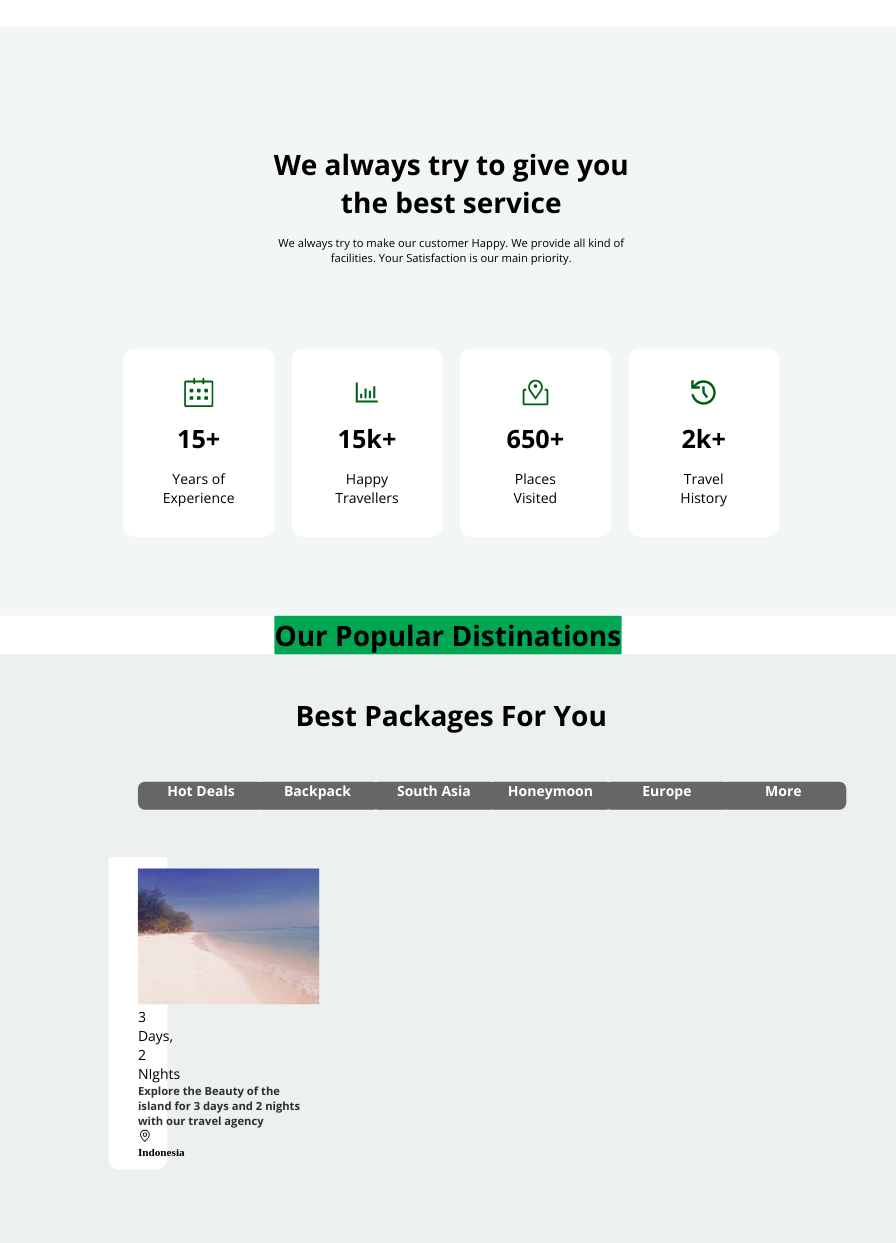
Repository: kubrazamanova/Background-Image
Page: index.html
An editor plug-in stored every save of this project. The page is shown before and after the next save, followed by the edit.
The browser window is 1280 px wide. The pictures show the part of the page from y = 1644 to 3564 px (the page is 3420 px tall before and 3564 px after), at 70% of full size.

Above is the page before, as saved 2023-10-21 10:27:49.

After the next save:
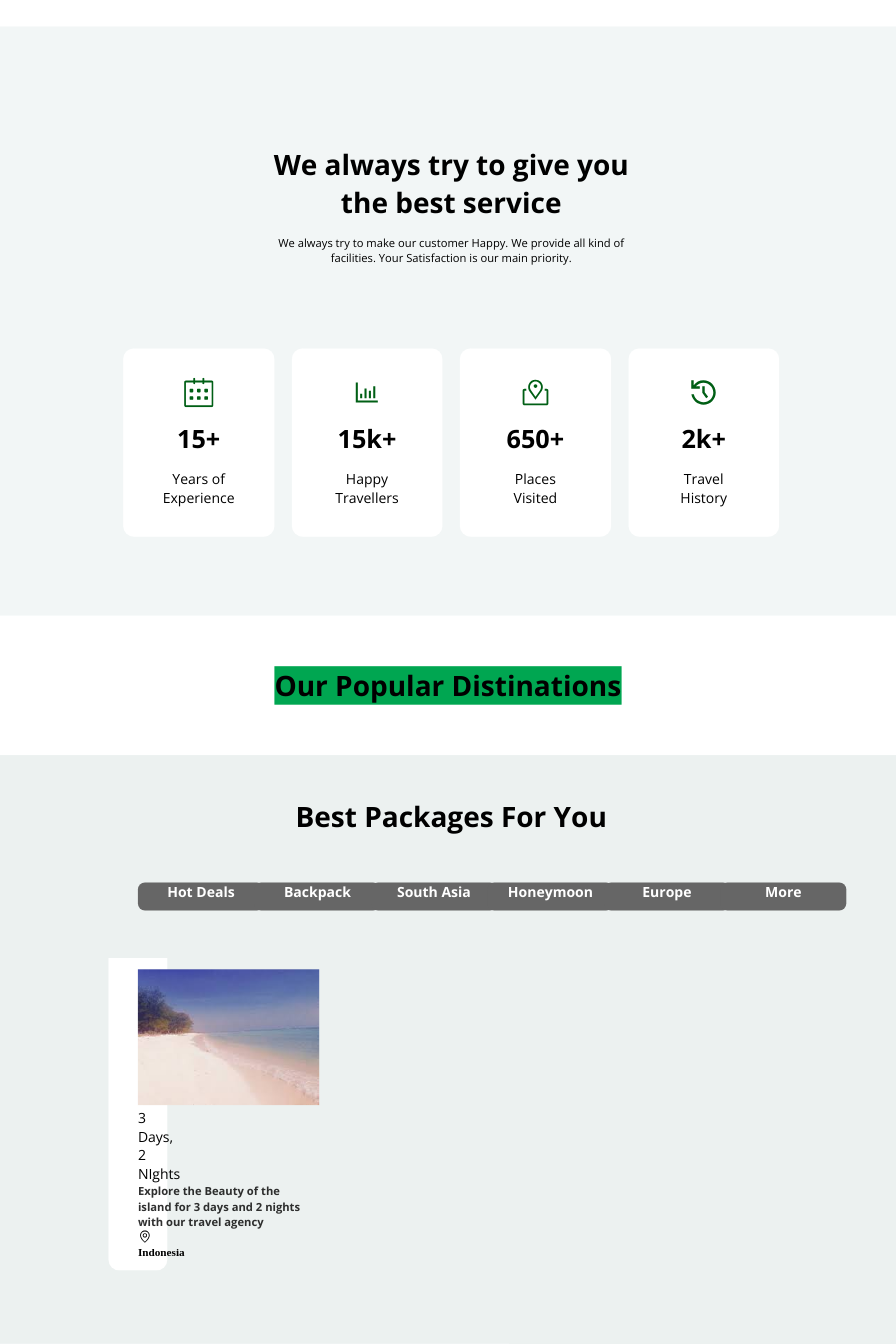
Saved 14 s later.
--- a/index.css
+++ b/index.css
@@ -233,7 +233,7 @@ main {
 }
 
 #distinations {
-  padding: ;
+  padding: 72px;
   /* padding: 72px 159px 53px 0px; */
   background: #fff;
   display: flex;
